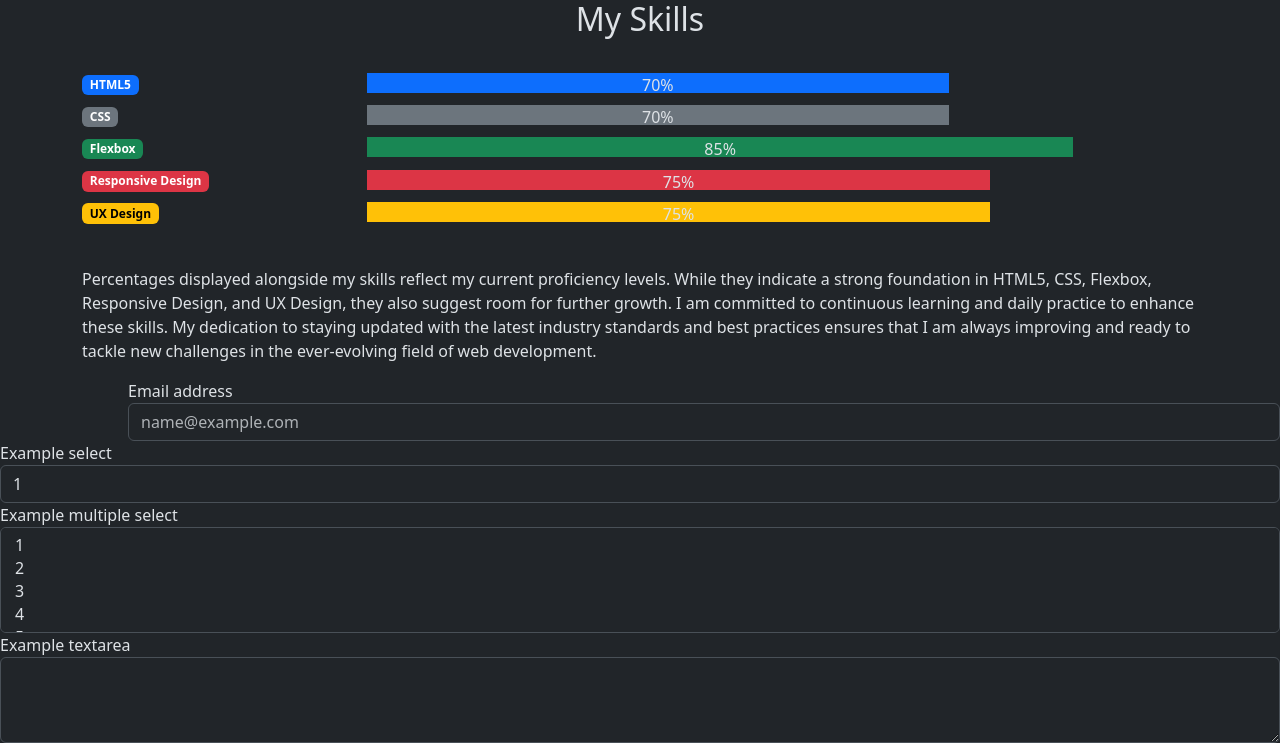
Repository: uvee35/Bootstrap-Portfolio
Page: index.html
The author's editor kept a copy of each file at every save. The page is drawn from the files as they stood at one save, then again after the next save.
The browser window is 1280 px wide. The pictures show the part of the page from y = 1074 to 1817 px (the page is 1817 px tall).
A picture or video elsewhere on the page could not be fetched, so the positions and the page height are approximate.

Above is the page before, as saved 2023-12-18 19:54:11.

After the next save:
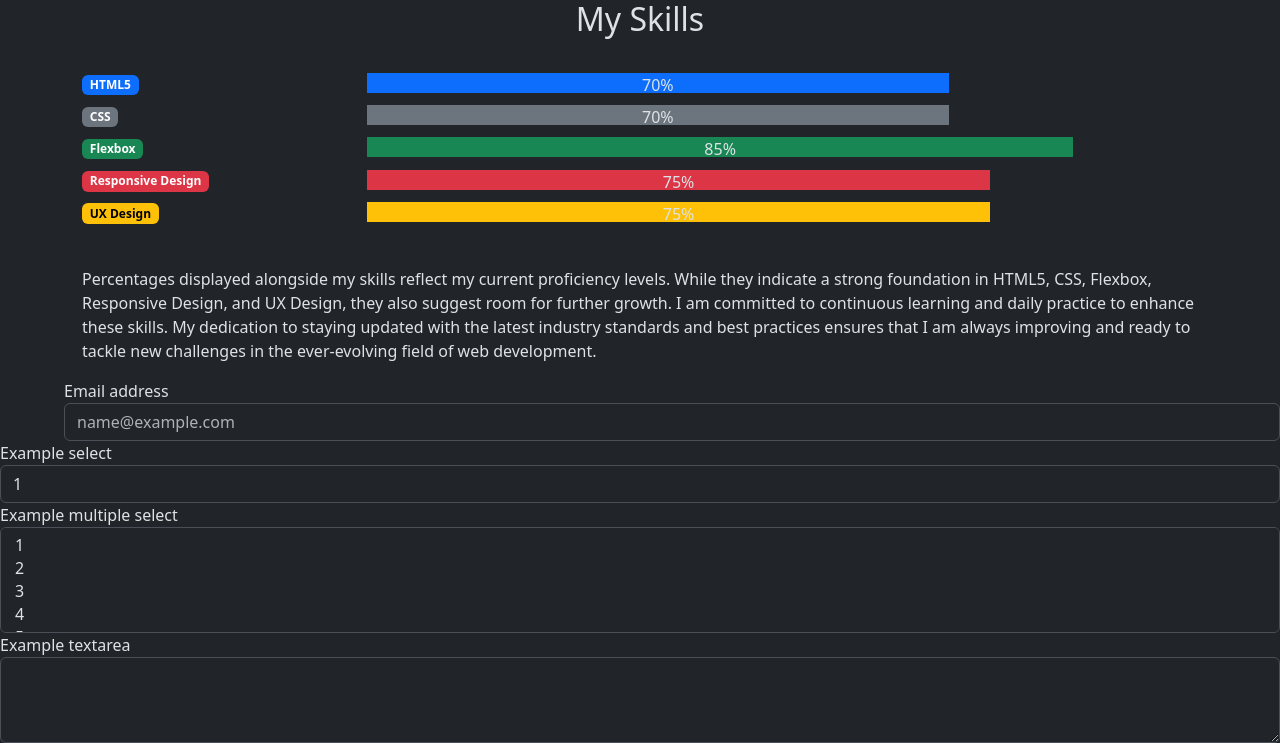
Saved 14 s later.
--- a/index.html
+++ b/index.html
@@ -255,7 +255,7 @@
 
     <!-- Contact Me -->
     <form>
-      <div class="form-group" style="margin-left: 10%">
+      <div class="form-group" style="margin-left: 5%">
         <label for="exampleFormControlInput1">Email address</label>
         <input
           type="email"
